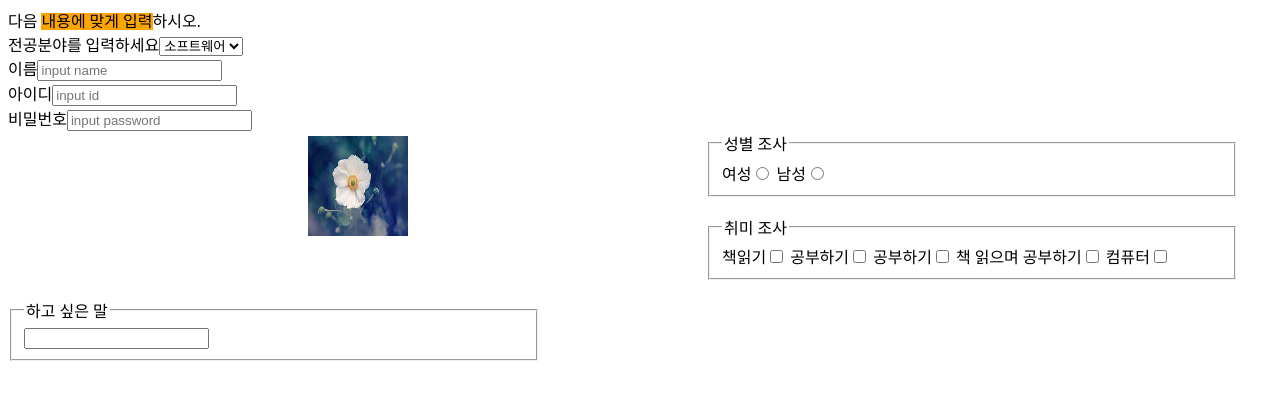
Repository: jwlee0714/HTML
Page: html/quiz-설문조사.html
An editor plug-in stored every save of this project. The page is shown before and after the next save, followed by the edit.
The browser window is 1280 px wide. The pictures show the whole page.

Above is the page before, as saved 2021-10-05 08:44:46.

After the next save:
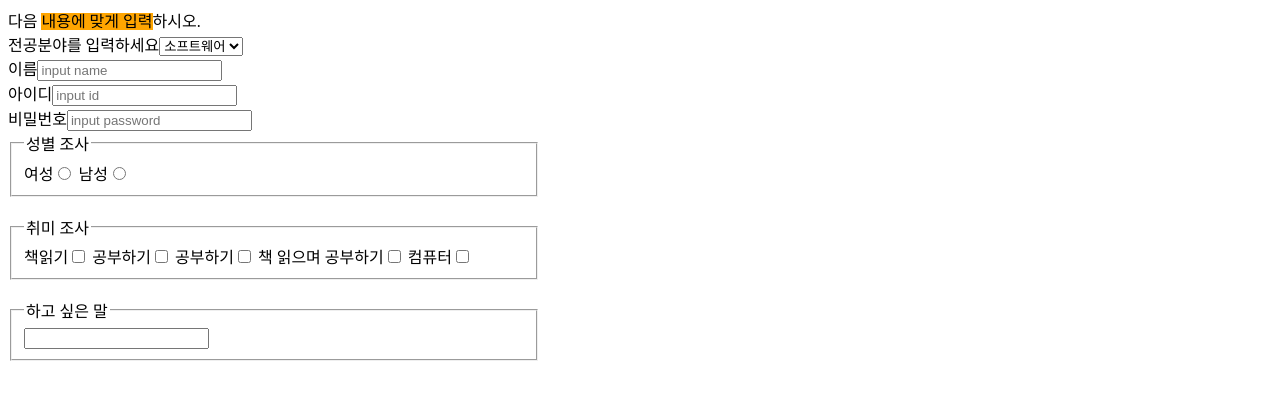
Saved 39 s later.
--- a/html/quiz-설문조사.html
+++ b/html/quiz-설문조사.html
@@ -27,15 +27,7 @@
 		비밀번호<input type="password" name="pwd" placeholder="input password"><br>
 	</form>
 
-</tr>
-
-<tr>
-		<th align="center">
-			<img src="img/다운로드.jfif" width="100"height="100">
-
-			</th>
-	</tr>
-	</table>
+</table>
 
 
 <fieldset style="width:500px;">
